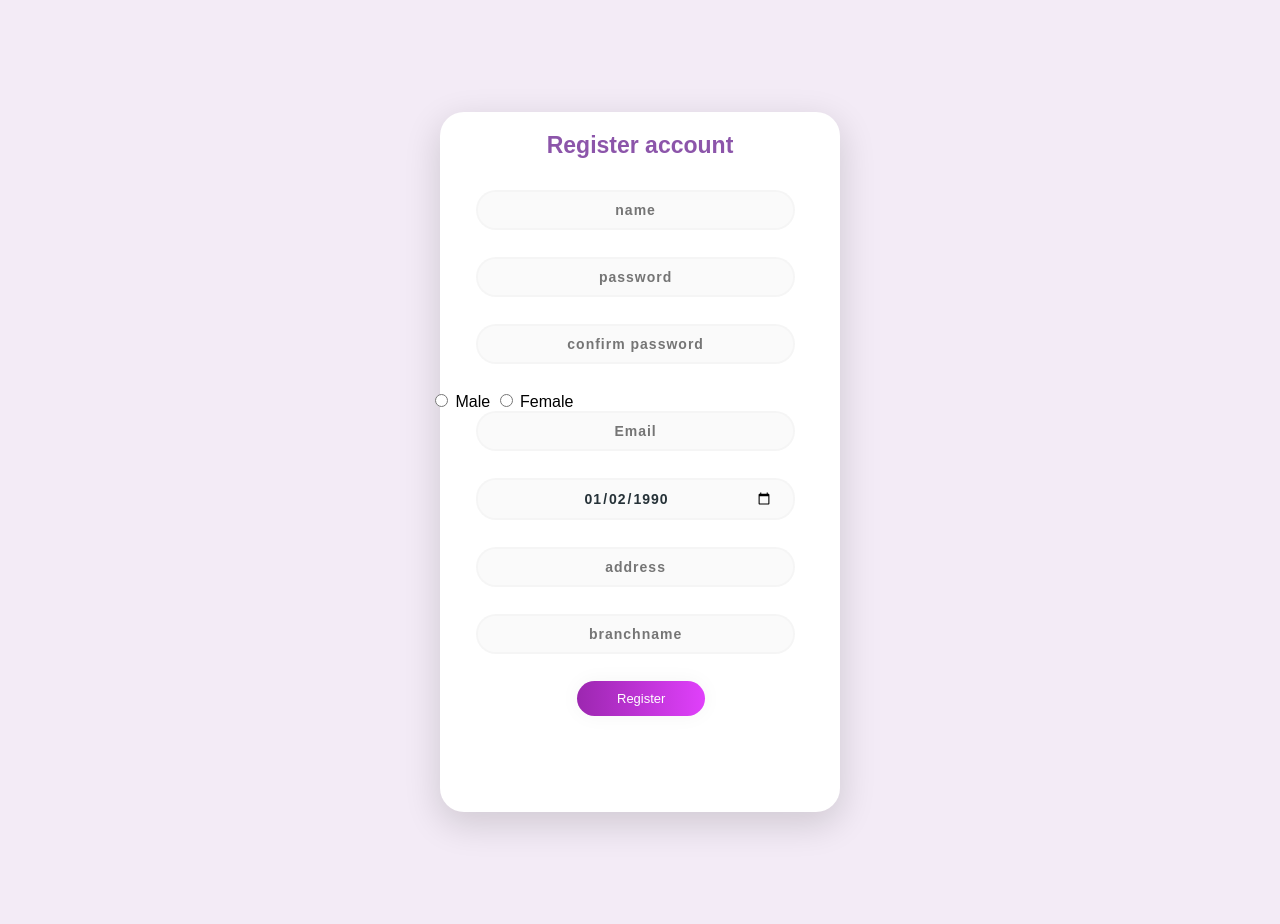
Repository: anujs099/bankingapp
Page: banking-application-final/WebContent/Register.html
The author's editor kept a copy of each file at every save. The page is drawn from the files as they stood at one save, then again after the next save.
The browser window is 1280 px wide. The pictures show the whole page.

Above is the page before, as saved 2021-03-07 15:11:52.

After the next save:
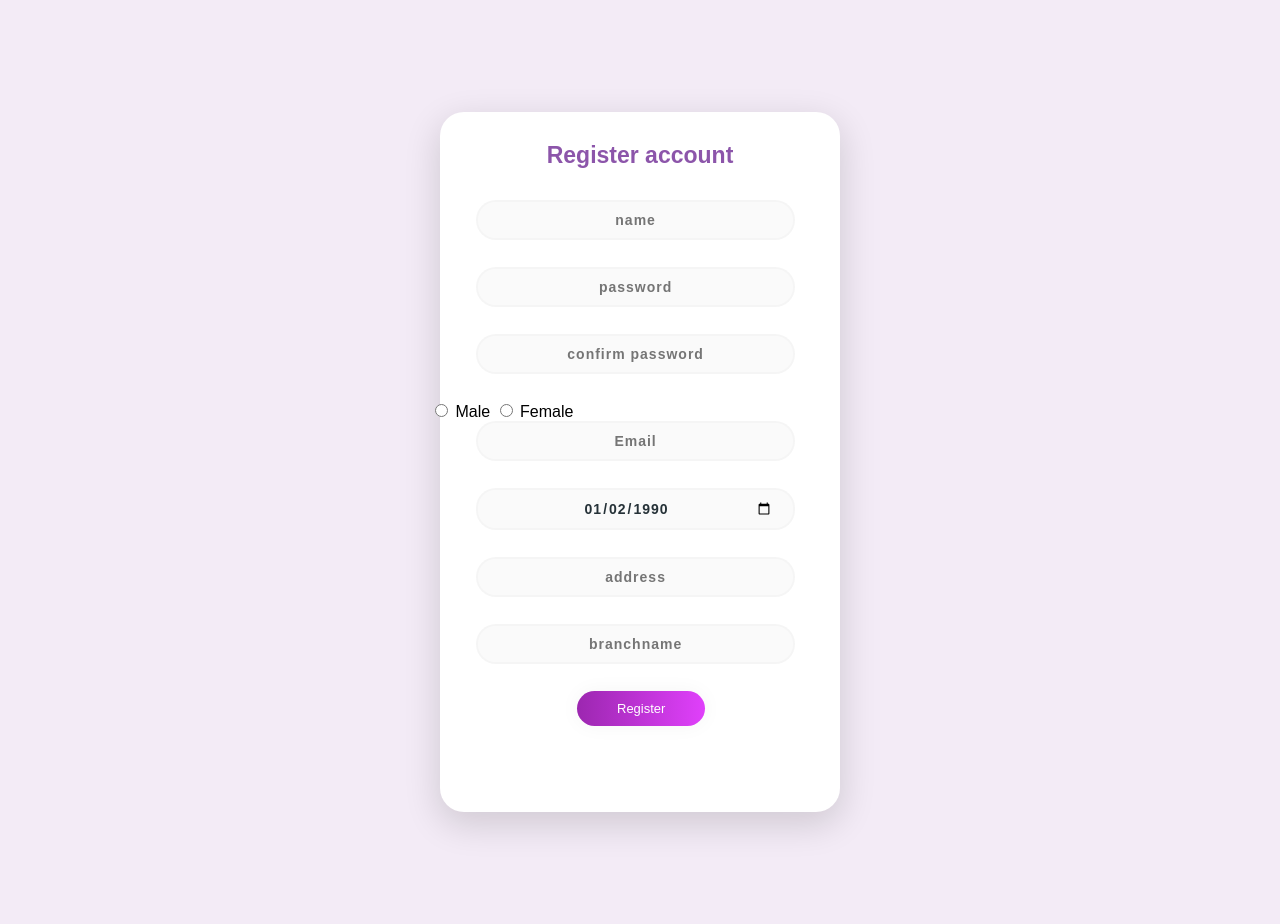
Saved 66 s later.
--- a/banking-application-final/WebContent/Register.html
+++ b/banking-application-final/WebContent/Register.html
@@ -8,7 +8,7 @@
 <body>
 <div class="main" style="width: 400px;
         height: 700px;">
-        <p class="sign" align="center" style="padding-top:20px">Register account</p>
+        <p class="sign" align="center" style="padding-top:30px">Register account</p>
 <Form action="registerservlet" method="post" style="margin:-10px" ><br>
 <input type="text" placeholder="name" name="firstname" class="un"><br>
 <input type="password" placeholder="password" name="password" class="un"><br>
